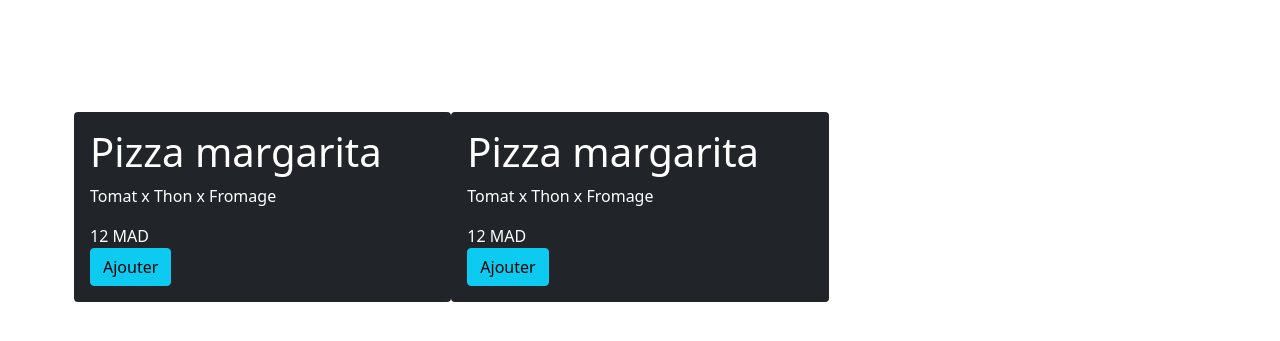
Repository: FS-23/my-restaurant
Page: /
An editor plug-in stored every save of this project. The page is shown before and after the next save, followed by the edit.
The browser window is 1280 px wide. The pictures show the whole page.
The project was rebuilt for these pictures with package versions that can differ from the ones it lists, and the page was loaded fresh each time.

Above is the page before, as saved 2022-04-29 13:46:58.

### public/index.html
<!DOCTYPE html>
<html lang="en">
  <head>
    <meta charset="utf-8" />
    <link rel="icon" href="%PUBLIC_URL%/favicon.ico" />
    <meta name="viewport" content="width=device-width, initial-scale=1" />
    <meta name="theme-color" content="#000000" />
    <meta
      name="description"
      content="Web site created using create-react-app"
    />
    <link rel="apple-touch-icon" href="%PUBLIC_URL%/logo192.png" />
    <!--
      manifest.json provides metadata used when your web app is installed on a
      user's mobile device or desktop. See https://developers.google.com/web/fundamentals/web-app-manifest/
    -->
    <link rel="manifest" href="%PUBLIC_URL%/manifest.json" />
    <!--
      Notice the use of %PUBLIC_URL% in the tags above.
      It will be replaced with the URL of the `public` folder during the build.
      Only files inside the `public` folder can be referenced from the HTML.

      Unlike "/favicon.ico" or "favicon.ico", "%PUBLIC_URL%/favicon.ico" will
      work correctly both with client-side routing and a non-root public URL.
      Learn how to configure a non-root public URL by running `npm run build`.
    -->
    <title>React App</title>
    <!-- CSS only -->
<link href="https://cdn.jsdelivr.net/npm/bootstrap@5.1.3/dist/css/bootstrap.min.css" rel="stylesheet">
  </head>
  <body>
    <noscript>You need to enable JavaScript to run this app.</noscript>
    <div id="root"></div>
    <!--
      This HTML file is a template.
      If you open it directly in the browser, you will see an empty page.

      You can add webfonts, meta tags, or analytics to this file.
      The build step will place the bundled scripts into the <body> tag.

      To begin the development, run `npm start` or `yarn start`.
      To create a production bundle, use `npm run build` or `yarn build`.
    -->
  </body>
</html>

### src/index.css
.plan-container {
    width: auto ;
    background-color: grey;
}

.app-gradient-container {
   background-image: linear-gradient(160deg , red , blue);
   opacity: 0.2;
}

### src/App.js
import Menu from './components/Menu'
function App() {
  return (
    <div className="">
       <div className='vw-100 vh-100 position-fixed text-white'>
           <div className='position-absolute d-none top-0 w-100 h-100 bg-dark app-gradient-container'>

           </div>
           <div className="mt-5 p-3 rounded container ">
              <Menu />
           </div>
       </div>
    </div>
  );
}

export default App;

### src/components/Menu.js
import Plat from "./Plat"
function Menu(){
    return (
        <div className="row">
            < Plat name="Pizza margarita" price="12" ingredient="Tomat x Thon x Fromage" />
            < Plat name="Pizza margarita" price="12" ingredient="Tomat x Thon x Fromage" />
        </div>
    )
}

export default Menu

### src/components/Plat.js

function Plat (props){
    return(
        <div className="bg-dark mt-5 p-3 rounded col-2 col-sm-3 col-lg-4" >
            <div>
                <h1>{props.name} </h1>
                <p> {props.ingredient}</p>
                <div>
                    {props.price} MAD
                </div>
                <button className="btn btn-info">Ajouter</button>
            </div>
       </div>


    )
}

export default Plat

Loaded but not shown: src/index.js (common file)

After the next save:
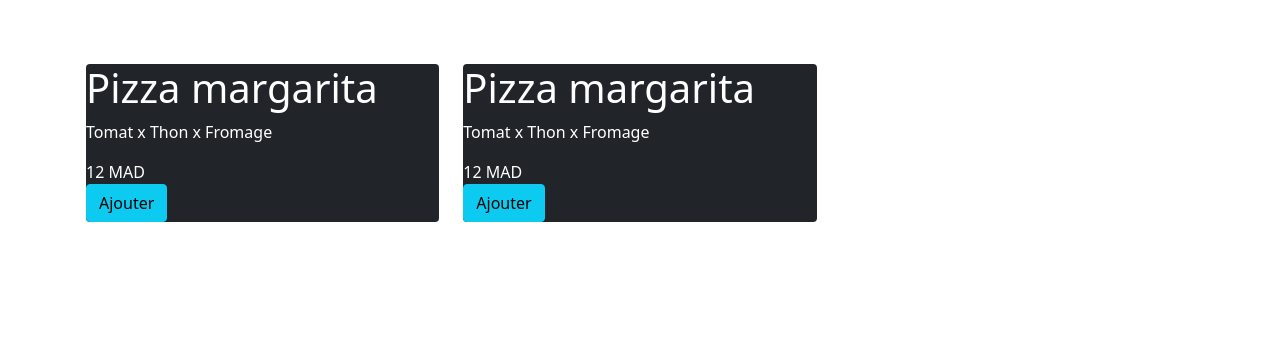
Saved 32 s later.
--- a/src/components/Plat.js
+++ b/src/components/Plat.js
@@ -1,8 +1,8 @@
 
 function Plat (props){
     return(
-        <div className="bg-dark mt-5 p-3 rounded col-2 col-sm-3 col-lg-4" >
-            <div>
+        <div className=" col-2 col-sm-3 col-lg-4" >
+            <div className="bg-dark rounded">
                 <h1>{props.name} </h1>
                 <p> {props.ingredient}</p>
                 <div>
